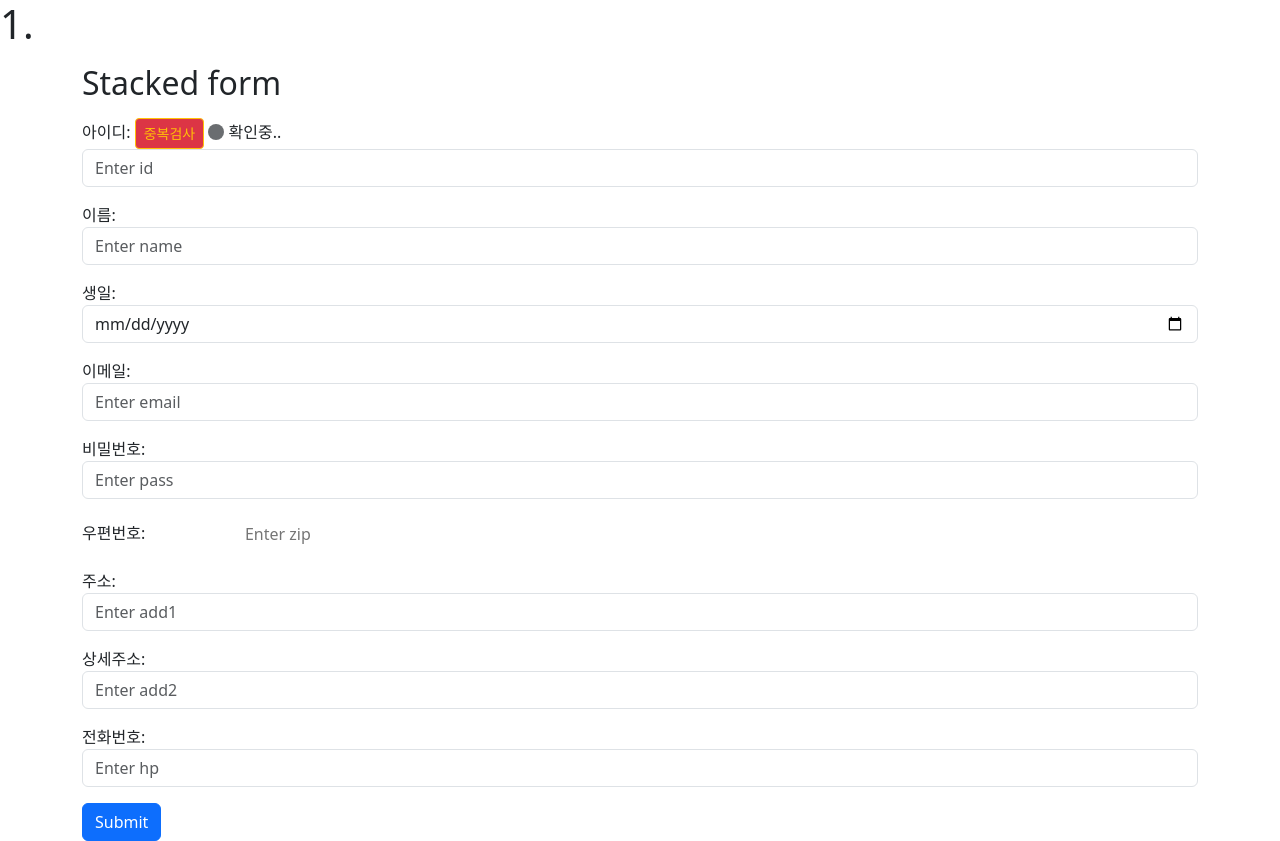
Repository: prawniel99/05_JQuery
Page: workspace/jqpro/WebContent/비동기6_ajax/join.html
An editor plug-in stored every save of this project. The page is shown before and after the next save, followed by the edit.
The browser window is 1280 px wide. The pictures show the whole page.

Above is the page before, as saved 2024-08-29 03:28:30.

After the next save:
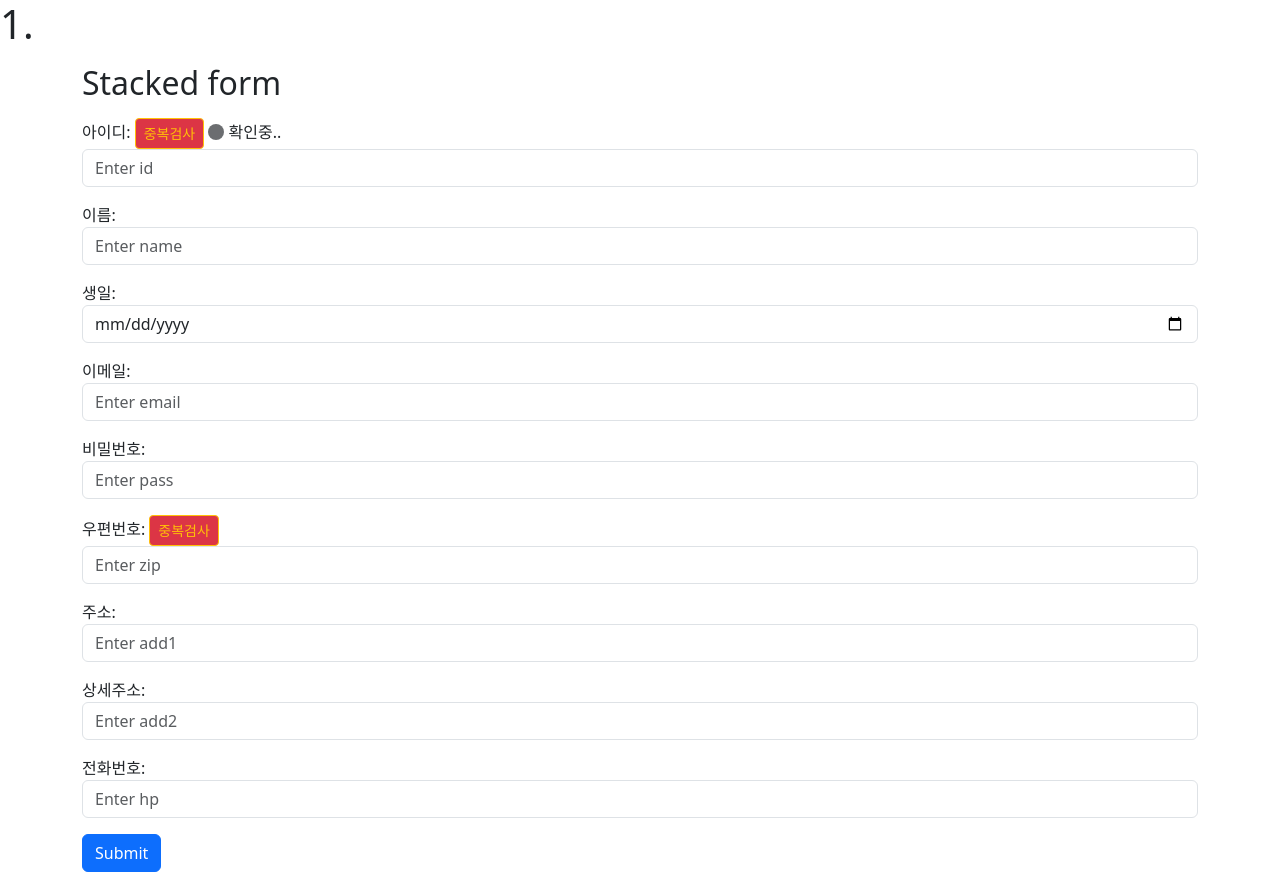
Saved 12 s later.
--- a/workspace/jqpro/WebContent/비동기6_ajax/join.html
+++ b/workspace/jqpro/WebContent/비동기6_ajax/join.html
@@ -62,7 +62,7 @@
 
 				<div class="mb-3 mt-3">
 					<label for="zip">우편번호:</label>
-					<input class="btn"
+					<input type="button" value="중복검사" id="idcheck"  class="btn btn-outline-warning btn-sm btn-danger">
 					<input type="text" class="form-control" id="zip" placeholder="Enter zip" name="mem_zip"> <!-- name은 db와 일치시킨 VO와 일치시켜야 한다 -->
 				</div>
 
